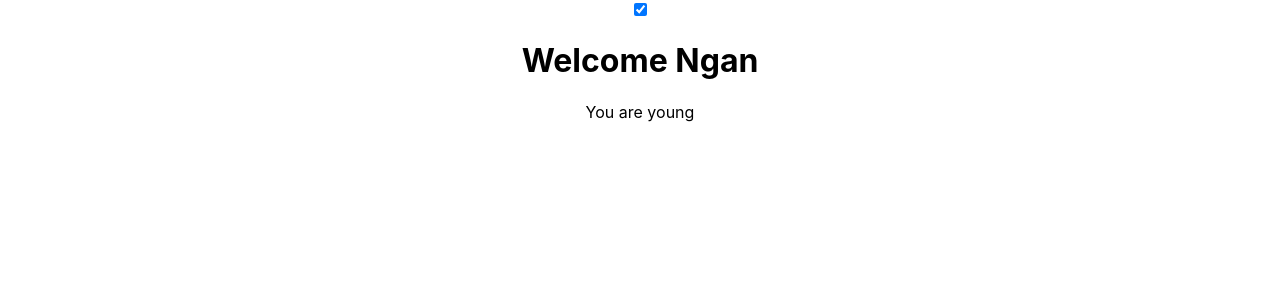
Repository: nguyenthibichngan/learn-react-redux
Page: /
The author's editor kept a copy of each file at every save. The page is drawn from the files as they stood at one save, then again after the next save.
The browser window is 1280 px wide. The pictures show the whole page.
The project was rebuilt for these pictures with package versions that can differ from the ones it lists, and the page was loaded fresh each time.

Above is the page before, as saved 2023-09-11 14:25:16.

### src/App.js
import "./App.css";
import { Greetings } from "./component/Greetings";

function App() {
  return (
    <div className="App">
      <input
        type="checkbox"
        checked
        onChange={function () {
          console.log("You clicked");
        }}
      />
      <h1>Welcome Ngan</h1>
      <Greetings
        firstName={"Rachel"}
        lastName={"Green"}
        age={30}
        car={{ brand: "Viper", color: "red", speed: 200 }}
        doSomething={function () {
          console.log("Hi Ngannn");
        }}
      />
    </div>
  );
}

export default App;

### src/component/Greetings.js
export function Greetings(props) {
  console.log(props);

  if (props.age > 100) {
    return <div>You are old</div>;
  } else {
    return <div>You are young</div>;
  }

  //   return (
  //     <div>
  //       Hi {props.firstName} {props.lastName} you are {props.age}
  //     </div>
  //   );
}

Loaded but not shown: public/index.html (common file); src/index.js (common file); src/index.css (common file); src/reportWebVitals.js (common file); src/App.css (common file)

After the next save:
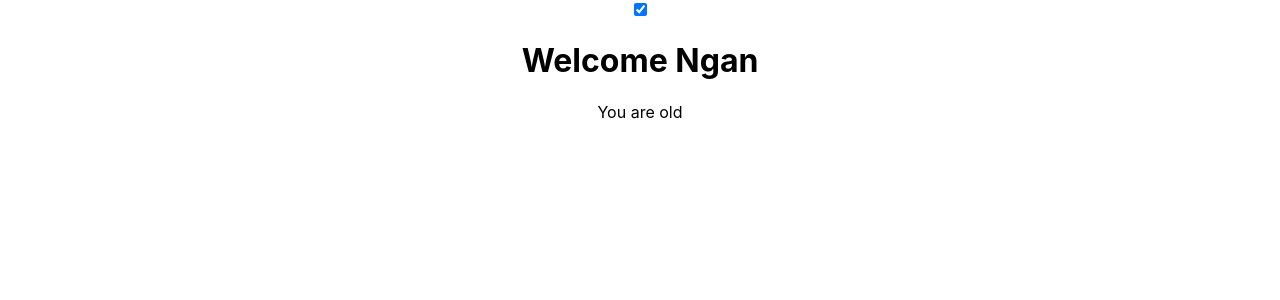
Saved 35 s later.
--- a/src/App.js
+++ b/src/App.js
@@ -15,7 +15,7 @@ function App() {
       <Greetings
         firstName={"Rachel"}
         lastName={"Green"}
-        age={30}
+        age={101}
         car={{ brand: "Viper", color: "red", speed: 200 }}
         doSomething={function () {
           console.log("Hi Ngannn");
